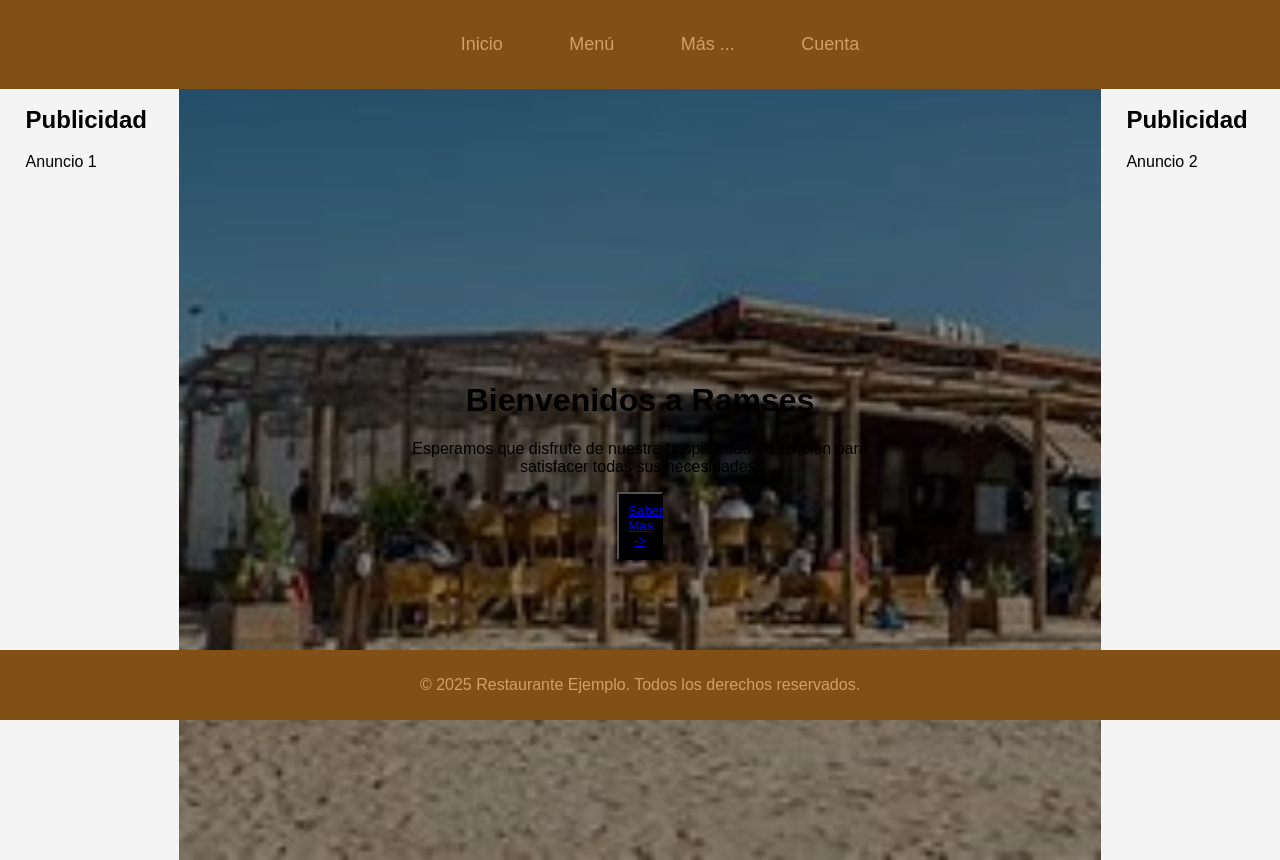
Repository: demoniers/demonIers.github.io
Page: web-lenguajes/src/index.html
An editor plug-in stored every save of this project. The page is shown before and after the next save, followed by the edit.
The browser window is 1280 px wide. The pictures show the whole page.

Above is the page before, as saved 2025-01-21 11:34:53.

After the next save:
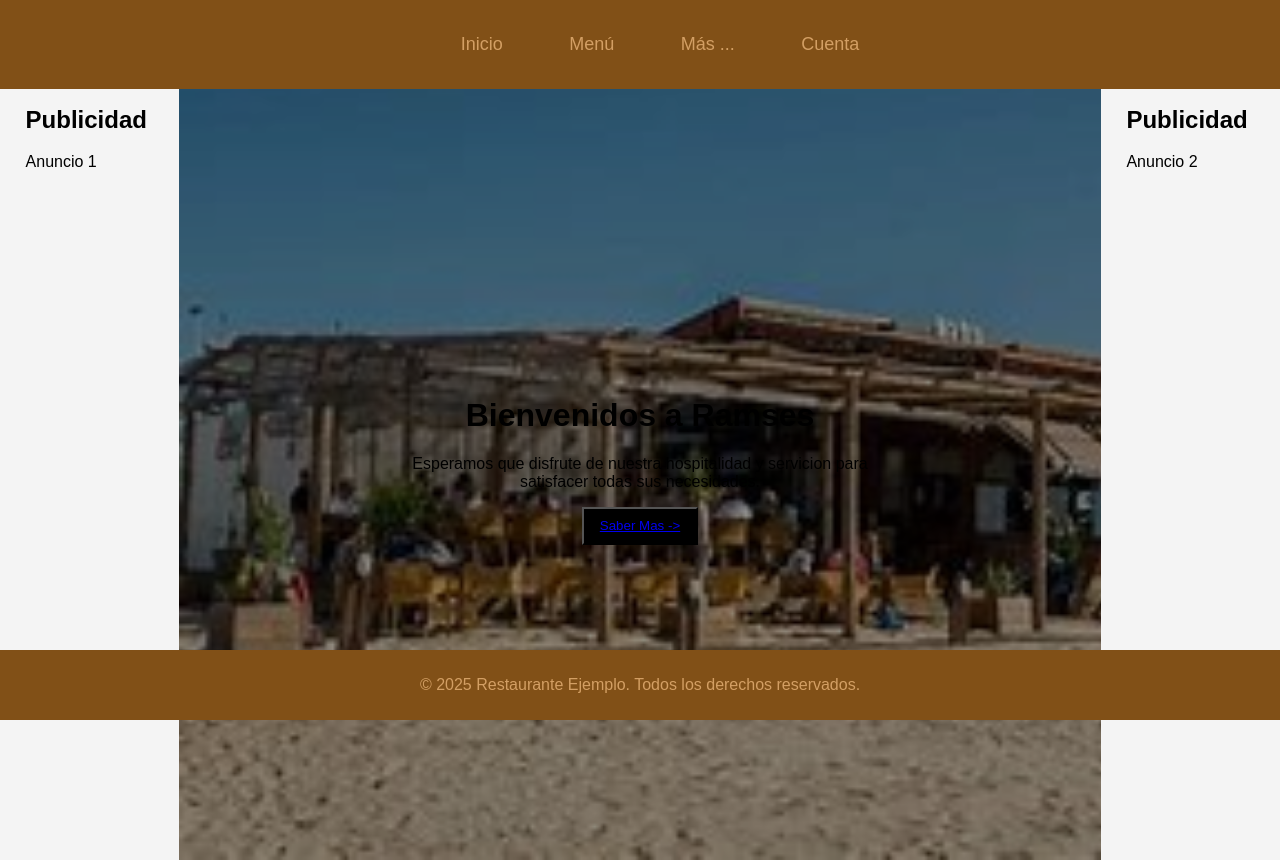
Saved 8 s later.
--- a/web-lenguajes/style/style.css
+++ b/web-lenguajes/style/style.css
@@ -79,7 +79,7 @@ nav ul li:hover ul {
 }
 .bienvenida button {
     background-color: #000000;
-    width: 10%;
+    width: 25%;
     padding: 2%;
     text-align: center;
 }
